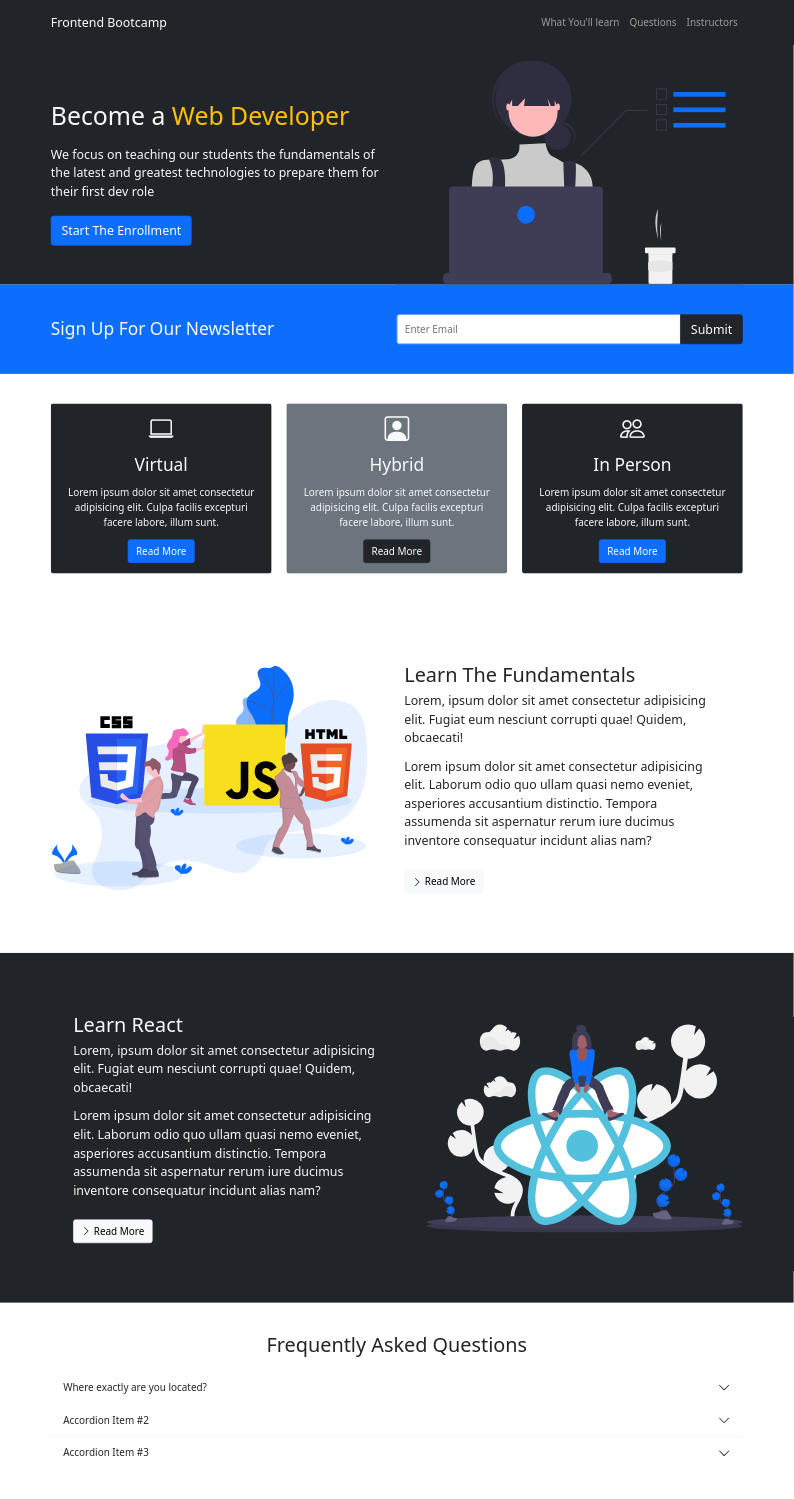
Repository: Marhamat92/Bootstrap5-Responsive-Website-
Page: index.html
An editor plug-in stored every save of this project. The page is shown before and after the next save, followed by the edit.
The browser window is 1280 px wide. The pictures show the whole page, at 62% of full size.
Some web libraries are served in a nearby version.

Above is the page before, as saved 2021-09-18 19:08:03.

After the next save:
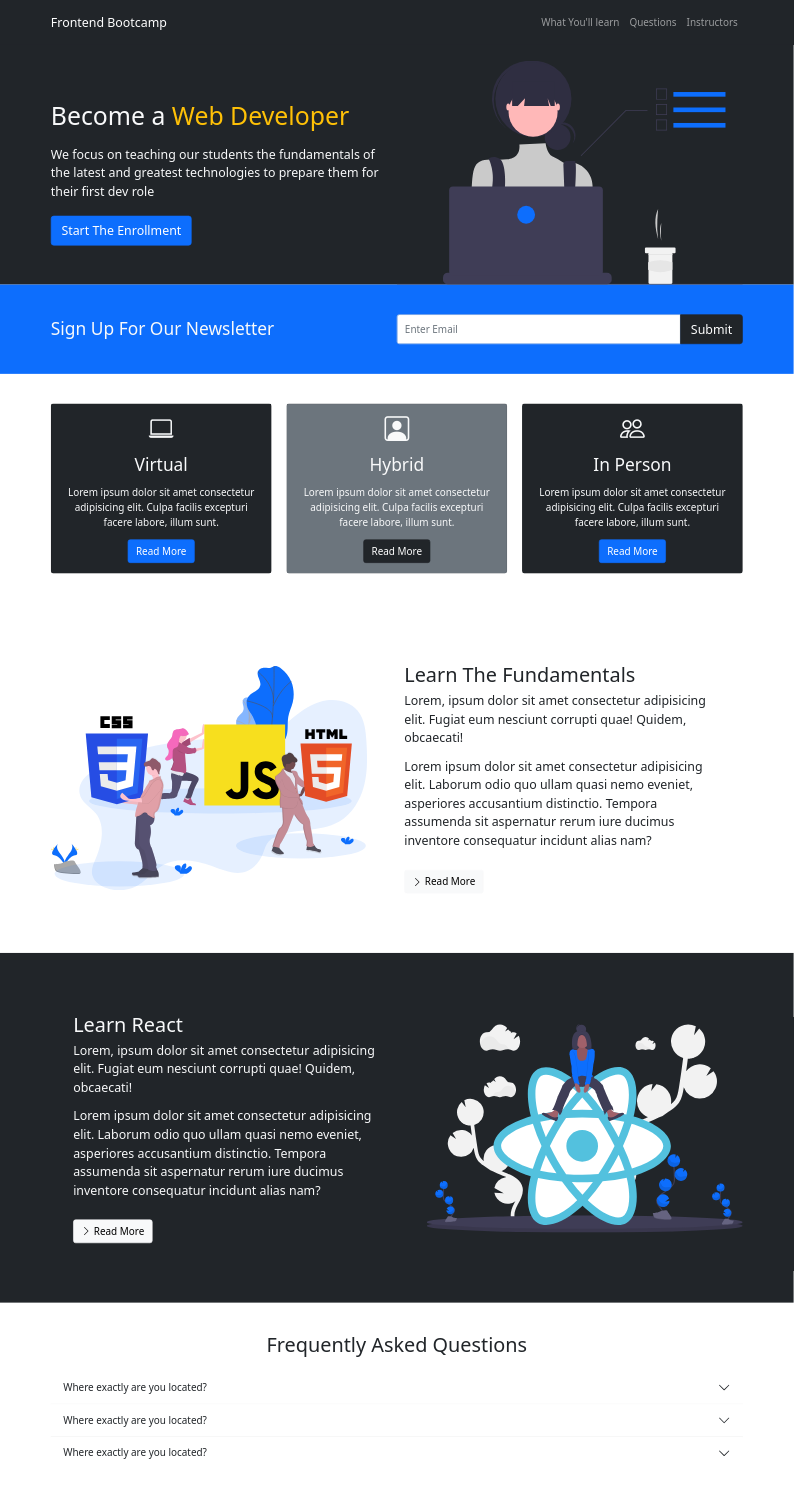
Saved 65 s later.
--- a/index.html
+++ b/index.html
@@ -185,37 +185,30 @@
                 </div>
                 <!--item 2-->
                 <div class="accordion-item">
-                    <h2 class="accordion-header" id="flush-headingTwo">
+                    <h2 class="accordion-header" >
                         <button class="accordion-button collapsed" type="button" data-bs-toggle="collapse"
-                            data-bs-target="#flush-collapseTwo" >
-                            Accordion Item #2
+                            data-bs-target="#question-one" >
+                            Where exactly are you located?
                         </button>
                     </h2>
-                    <div id="flush-collapseTwo" class="accordion-collapse collapse" aria-labelledby="flush-headingTwo"
-                        data-bs-parent="#accordionFlushExample">
-                        <div class="accordion-body">Placeholder content for this accordion, which is intended to
-                            demonstrate the <code>.accordion-flush</code> class. This is the second item's accordion
-                            body. Let's imagine this being filled with some actual content.</div>
+                    <div id="question-one" class="accordion-collapse collapse" aria-labelledby="flush-headingOne"
+                        data-bs-parent="#questions">
+                        <div class="accordion-body">Lorem, ipsum dolor sit amet consectetur adipisicing elit. Modi ut facilis voluptas placeat excepturi, eligendi eum assumenda nisi doloremque animi totam possimus asperiores libero repudiandae officia culpa recusandae quia laudantium veritatis. Culpa, quae accusamus! Praesentium, sapiente? Libero voluptates deserunt eaque inventore ducimus molestias, adipisci perferendis cupiditate, nobis, aliquam tempora et?</div>
                     </div>
                 </div>
                 <!--item 3-->
                 <div class="accordion-item">
-                    <h2 class="accordion-header" id="flush-headingThree">
+                    <h2 class="accordion-header" >
                         <button class="accordion-button collapsed" type="button" data-bs-toggle="collapse"
-                            data-bs-target="#flush-collapseThree" >
-                            Accordion Item #3
+                            data-bs-target="#question-one" >
+                            Where exactly are you located?
                         </button>
                     </h2>
-                    <div id="flush-collapseThree" class="accordion-collapse collapse"
-                        aria-labelledby="flush-headingThree" data-bs-parent="#accordionFlushExample">
-                        <div class="accordion-body">Placeholder content for this accordion, which is intended to
-                            demonstrate the <code>.accordion-flush</code> class. This is the third item's accordion
-                            body. Nothing more exciting happening here in terms of content, but just filling up the
-                            space to make it look, at least at first glance, a bit more representative of how this would
-                            look in a real-world application.</div>
-                    </div>
-                </div>
-            </div>
+                    <div id="question-one" class="accordion-collapse collapse" aria-labelledby="flush-headingOne"
+                        data-bs-parent="#questions">
+                        <div class="accordion-body">Lorem, ipsum dolor sit amet consectetur adipisicing elit. Modi ut facilis voluptas placeat excepturi, eligendi eum assumenda nisi doloremque animi totam possimus asperiores libero repudiandae officia culpa recusandae quia laudantium veritatis. Culpa, quae accusamus! Praesentium, sapiente? Libero voluptates deserunt eaque inventore ducimus molestias, adipisci perferendis cupiditate, nobis, aliquam tempora et?</div>
+                    </div>
+                </div>
         </div>
 
 
